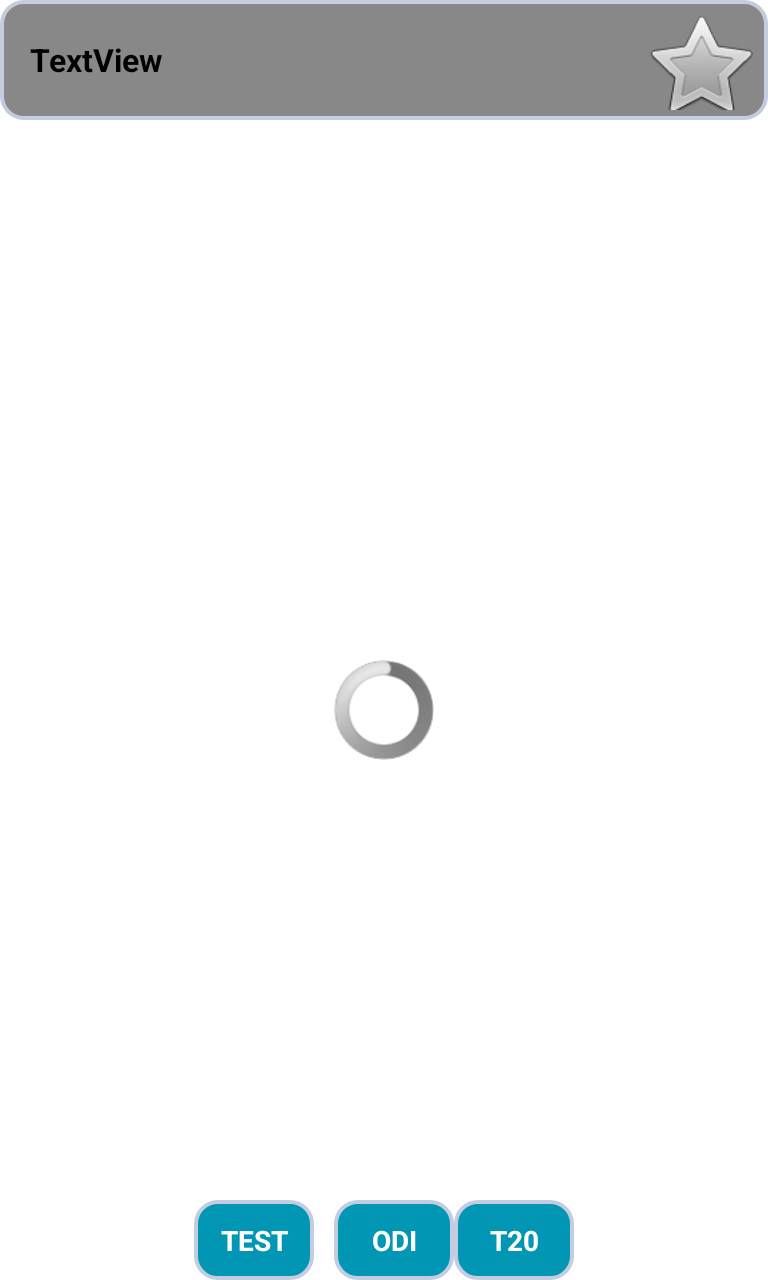
Repository: vinothsridhar/CrickBuzzChallenge
Layout: CricBuzzAndroidApp/res/layout/activity_playerprofile.xml
An editor plug-in stored every save of this project. The layout is shown before and after the next save, followed by the edit.
It is drawn on a 768 x 1280 px phone screen (xhdpi) without system bars, with theme AppTheme; the app's code is not run.

Above is the layout before, as saved 2014-12-20 14:38:59.

### CricBuzzAndroidApp/res/layout/activity_playerprofile.xml
<RelativeLayout xmlns:android="http://schemas.android.com/apk/res/android"
    xmlns:tools="http://schemas.android.com/tools"
    android:layout_width="match_parent"
    android:layout_height="match_parent" >

    <include
        android:id="@+id/topItem"
        layout="@layout/playlist_item" />

    <RelativeLayout
        android:layout_width="fill_parent"
        android:layout_height="fill_parent"
        android:layout_below="@+id/topItem" >

        <ProgressBar
            android:id="@+id/profileProgress"
            android:layout_width="50dp"
            android:layout_height="50dp"
            android:layout_centerInParent="true" />

        <RelativeLayout
            android:id="@+id/profileInfo"
            android:layout_width="fill_parent"
            android:layout_height="fill_parent"
            android:orientation="vertical" >

            <LinearLayout
                android:layout_width="match_parent"
                android:layout_height="wrap_content"
                android:layout_alignParentBottom="true"
                android:gravity="center_horizontal"
                android:orientation="horizontal" >

                <Button
                    android:id="@+id/test"
                    android:layout_width="wrap_content"
                    android:layout_height="wrap_content"
                    style="@style/Button"
                    android:layout_marginRight="10dp"
                    android:text="@string/test_text" />

                <Button
                    android:id="@+id/odi"
                    android:layout_width="wrap_content"
                    android:layout_height="wrap_content"
                    style="@style/Button"
                    android:text="@string/odi_text" />

                <Button
                    android:id="@+id/t20"
                    android:layout_width="wrap_content"
                    android:layout_height="wrap_content"
                    style="@style/Button"
                    android:text="@string/t20_text" />

            </LinearLayout>
        </RelativeLayout>
    </RelativeLayout>

</RelativeLayout>

### CricBuzzAndroidApp/res/values/styles.xml
<resources xmlns:android="http://schemas.android.com/apk/res/android">
    <style name="AppBaseTheme" parent="@android:style/Theme.Light.NoTitleBar">
    </style>

    <style name="AppTheme" parent="AppBaseTheme">
    </style>

    <style name="BoldText">
        <item name="android:textSize">@dimen/medium_text</item>
        <item name="android:textStyle">bold</item>
        <item name="android:padding">5dp</item>
    </style>

    <style name="TitleText">
        <item name="android:textSize">@dimen/big_text</item>
        <item name="android:background">@color/black</item>
        <item name="android:textColor">@color/white</item>
        <item name="android:textStyle">bold</item>
        <item name="android:gravity">center_vertical</item>
        <item name="android:padding">5dp</item>
    </style>

    <style name="TitleIcon" parent="@android:style/Widget.TabWidget">
        <item name="android:gravity">center_vertical</item>
        <item name="android:background">@drawable/tab_holo</item>
        <item name="android:paddingLeft">5dp</item>
        <item name="android:paddingRight">5dp</item>
    </style>

    <style name="TotalText" parent="BoldText">
        <item name="android:textColor">@color/black</item>
        <item name="android:background">@color/yellow</item>
        <item name="android:weightSum">2</item>
        <item name="android:gravity">center</item>
    </style>

    <style name="PlayerNameText">
        <item name="android:textColor">@color/black</item>
        <item name="android:textSize">@dimen/big_text</item>
        <item name="android:paddingLeft">10dp</item>
        <item name="android:textStyle">bold</item>
    </style>

    <style name="Button">
        <item name="android:width">60dp</item>
        <item name="android:height">40dp</item>
        <item name="android:textColor">@color/white</item>
        <item name="android:textSize">@dimen/medium_text</item>
        <item name="android:padding">5dp</item>
        <item name="android:textStyle">bold</item>
        <item name="android:background">@drawable/button_item</item>
    </style>

</resources>

### CricBuzzAndroidApp/res/layout/playlist_item.xml
<?xml version="1.0" encoding="utf-8"?>
<LinearLayout xmlns:android="http://schemas.android.com/apk/res/android"
    android:layout_width="match_parent"
    android:layout_height="60dp"
    android:layout_gravity="center_vertical"
    android:gravity="center_vertical"
    android:background="@drawable/playerlistitem"
    android:layout_marginBottom="10dp"
    android:clickable="true"
    android:orientation="horizontal" >

    <TextView
        android:id="@+id/playerName"
        android:layout_width="fill_parent"
        android:layout_height="wrap_content"
        android:layout_weight="1"
        style="@style/PlayerNameText"
        android:text="TextView" />

    <RatingBar
        android:id="@+id/ratingBar1"
        android:layout_width="wrap_content"
        android:layout_height="wrap_content"
        android:layout_weight="0"
        android:stepSize="1"
        android:numStars="1" />

</LinearLayout>

### CricBuzzAndroidApp/res/values/strings.xml
<?xml version="1.0" encoding="utf-8"?>
<resources>

    <string name="app_name">CricBuzzAndroidApp</string>
	<string name="loading_playlist_text">Loading Playlist</string>
	<string name="total_players_text">Total Players: %1$s</string>
	<string name="total_favorites_text">Favorites: %1$s</string>
	<string name="test_text">TEST</string>
	<string name="odi_text">ODI</string>
	<string name="t20_text">T20</string>
</resources>

### CricBuzzAndroidApp/res/values/colors.xml
<?xml version="1.0" encoding="utf-8"?>
<resources>
    <color name="black">#000000</color>
    <color name="white">#ffffff</color>
    <color name="yellow">#FFCC00</color>
</resources>

### CricBuzzAndroidApp/res/values/dimens.xml
<resources>

    <!-- Text sizes -->
    <dimen name="small_text">12sp</dimen>
    <dimen name="medium_text">14sp</dimen>
    <dimen name="big_text">16sp</dimen>

</resources>

### CricBuzzAndroidApp/res/drawable/button_item.xml
<?xml version="1.0" encoding="utf-8"?>
<selector xmlns:android="http://schemas.android.com/apk/res/android">

    <item android:state_pressed="true"><shape android:shape="rectangle">
            <solid android:color="#588687"></solid>

            <stroke android:width="2dp" android:color="#C4CDE0"></stroke>

            <padding android:bottom="5dp" android:left="5dp" android:right="5dp" android:top="5dp"></padding>

            <corners android:radius="11dp"></corners>
        </shape></item>
    <item android:state_pressed="false"><shape android:shape="rectangle">
            <solid android:color="#0096B4"></solid>

            <stroke android:width="2dp" android:color="#C4CDE0"></stroke>

            <padding android:bottom="5dp" android:left="5dp" android:right="5dp" android:top="5dp"></padding>

            <corners android:radius="11dp"></corners>
        </shape></item>

</selector>

### CricBuzzAndroidApp/res/drawable/playerlistitem.xml
<?xml version="1.0" encoding="utf-8"?>
<selector xmlns:android="http://schemas.android.com/apk/res/android">

    <item android:state_pressed="true"><shape android:shape="rectangle">
            <solid android:color="#588687"></solid>

            <stroke android:width="2dp" android:color="#C4CDE0"></stroke>

            <padding android:bottom="5dp" android:left="5dp" android:right="5dp" android:top="5dp"></padding>

            <corners android:radius="11dp"></corners>
        </shape></item>
    <item android:state_pressed="false"><shape android:shape="rectangle">
            <solid android:color="#888888"></solid>

            <stroke android:width="2dp" android:color="#C4CDE0"></stroke>

            <padding android:bottom="5dp" android:left="5dp" android:right="5dp" android:top="5dp"></padding>

            <corners android:radius="11dp"></corners>
        </shape></item>

</selector>

After the next save:
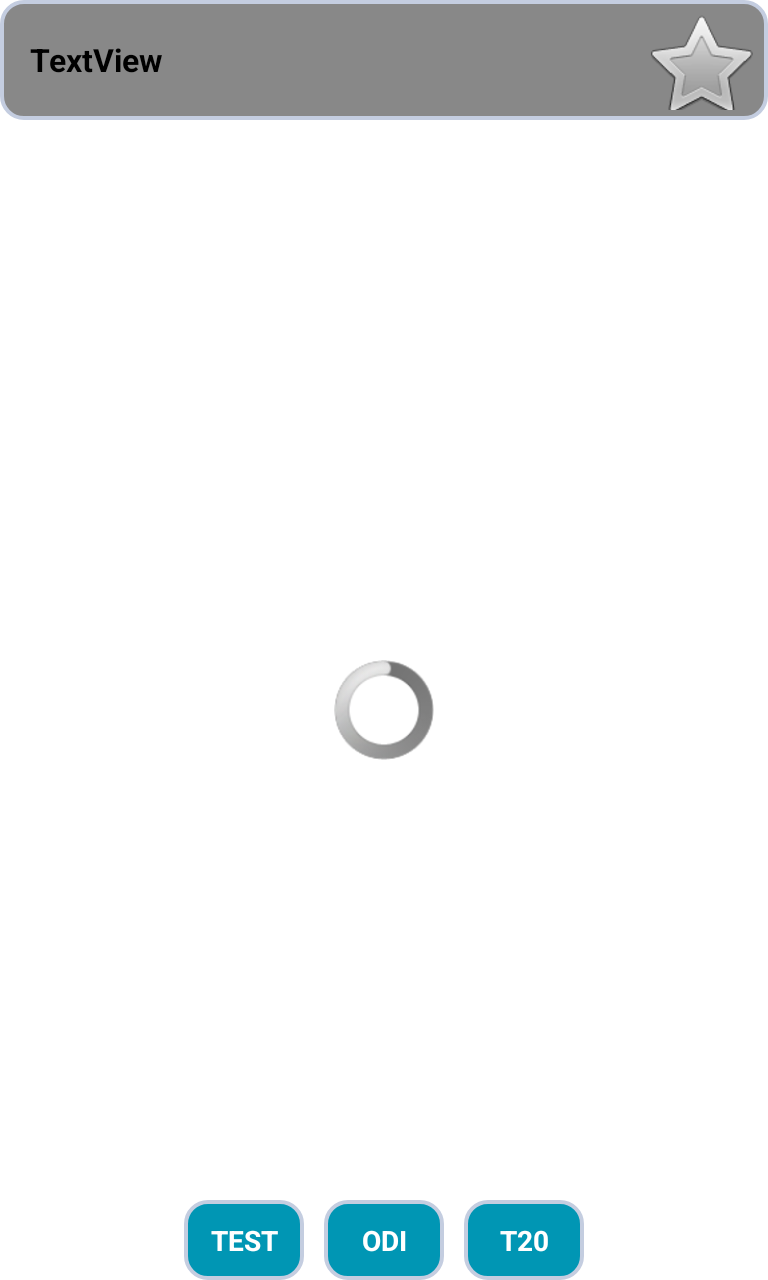
Saved 7 s later.
--- a/CricBuzzAndroidApp/res/layout/activity_playerprofile.xml
+++ b/CricBuzzAndroidApp/res/layout/activity_playerprofile.xml
@@ -44,6 +44,7 @@
                     android:layout_width="wrap_content"
                     android:layout_height="wrap_content"
                     style="@style/Button"
+                    android:layout_marginRight="10dp"
                     android:text="@string/odi_text" />
 
                 <Button
